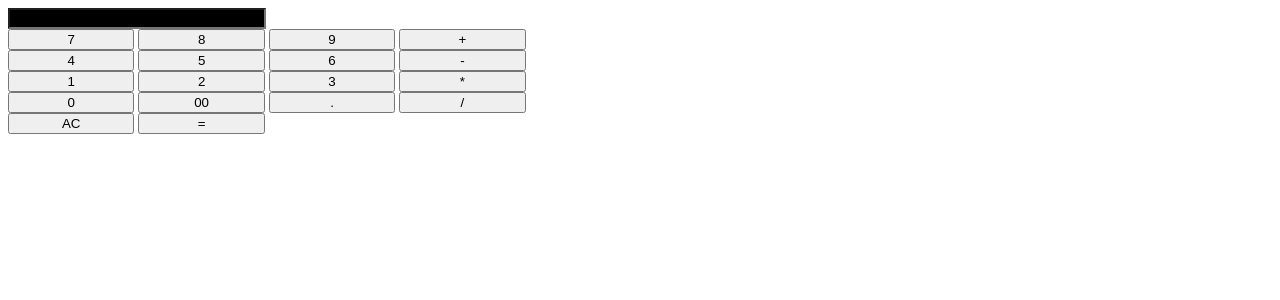
Repository: yamadayurika/rails
Page: Calculator/calculator.html
The author's editor kept a record of every edit. The page is drawn from the files as they stood at one moment, then again after the next edit.
The browser window is 1280 px wide. The pictures show the whole page.

Above is the page before.

After the next edit:
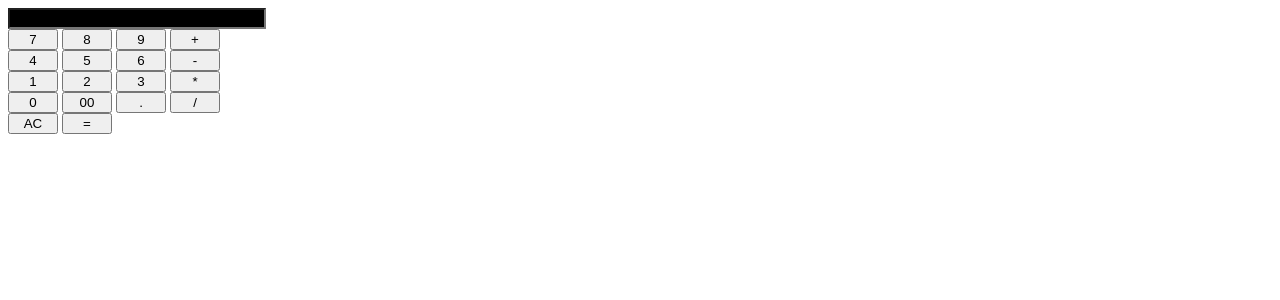
The edit:
--- a/Calculator/calculator.css
+++ b/Calculator/calculator.css
@@ -5,7 +5,7 @@
 }
 
 input {
-  width: 10%;
+  width: 50px;
 }
 
 .long {
